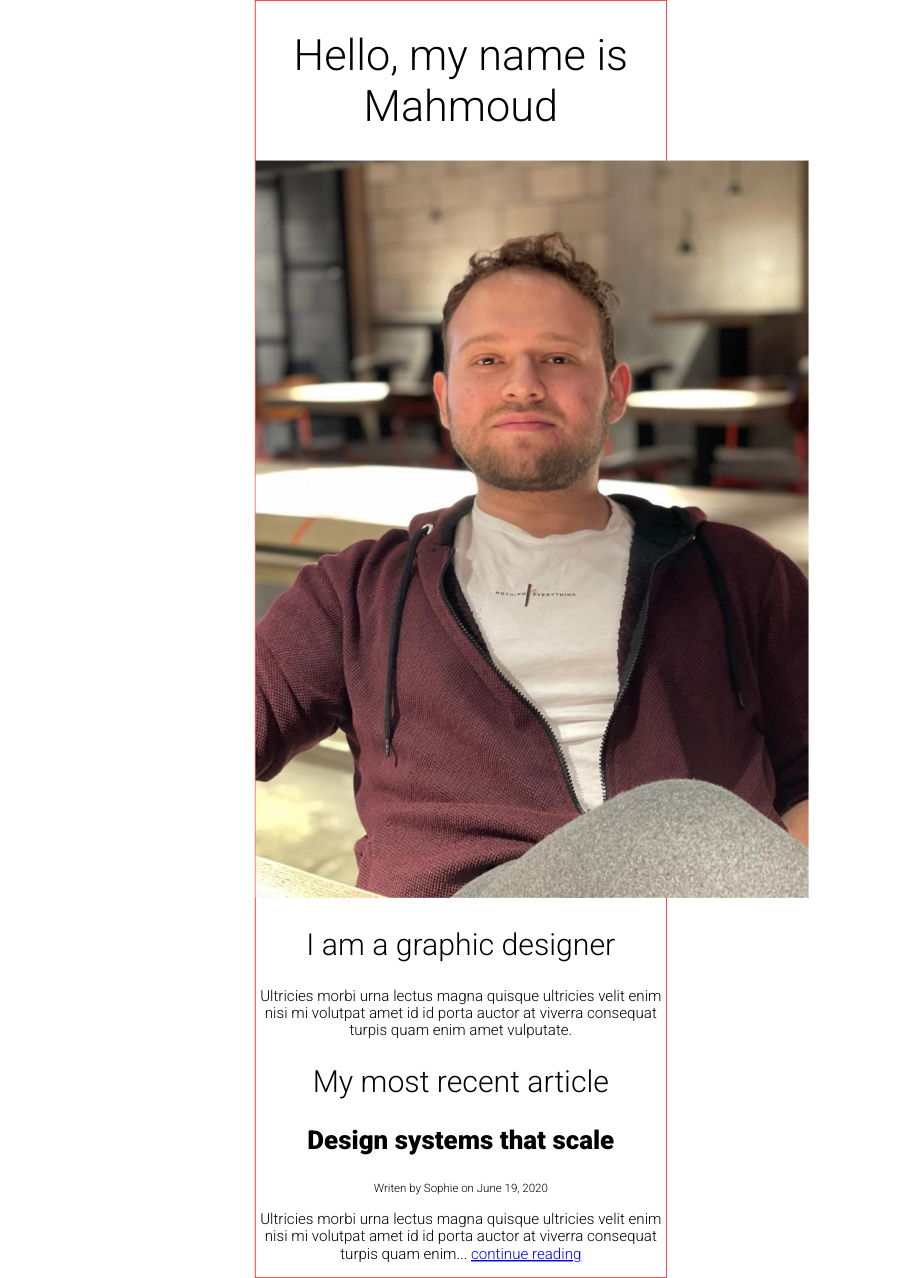
Repository: Doumham-Armah/portfolio
Page: index.html
The author's editor kept a copy of each file at every save. The page is drawn from the files as they stood at one save, then again after the next save.
The browser window is 1280 px wide. The pictures show the whole page, at 72% of full size.

Above is the page before, as saved 2021-08-16 23:19:49.

After the next save:
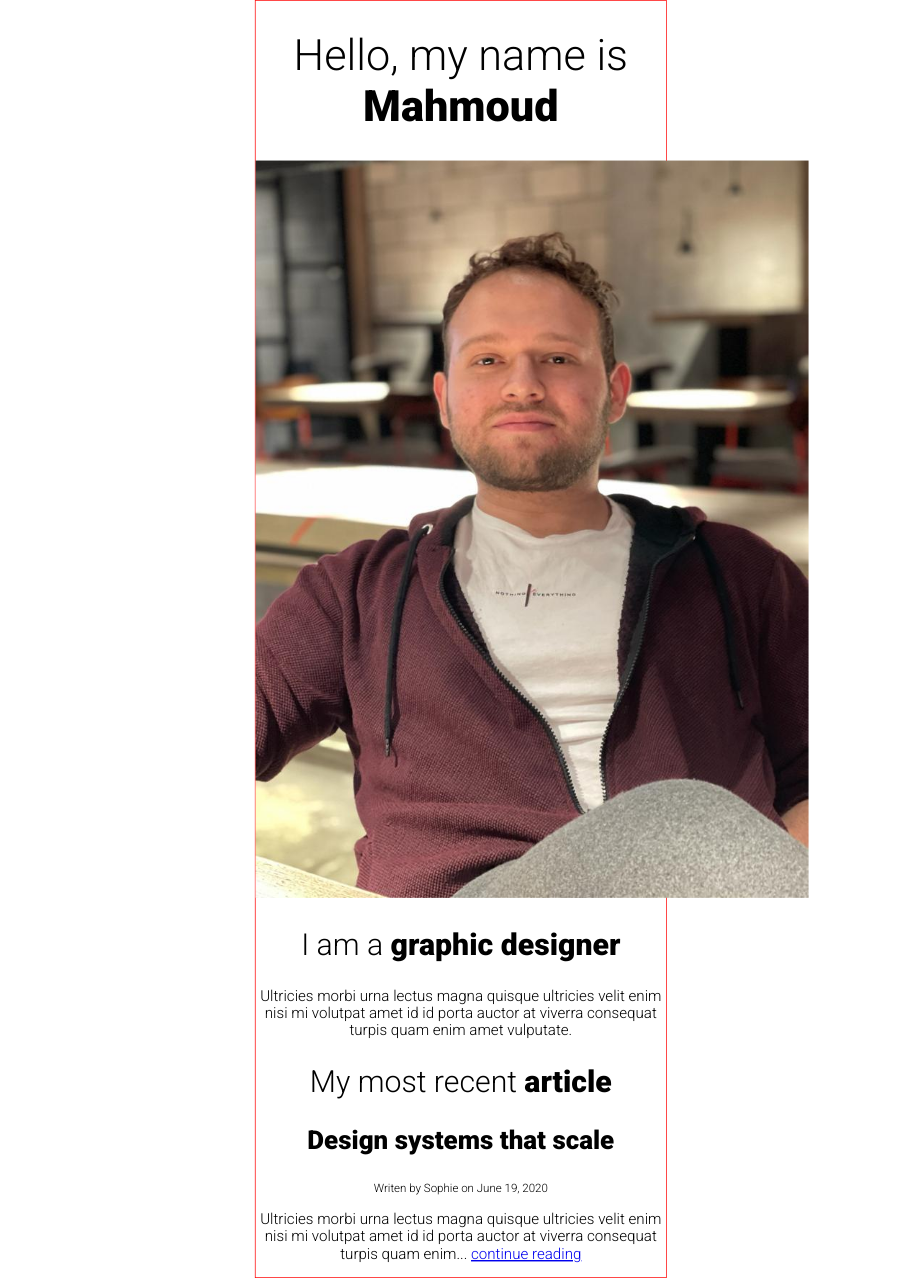
Saved 22 s later.
--- a/style.css
+++ b/style.css
@@ -24,6 +24,10 @@ h3 {
   font-size: 16px;
 }
 
+span {
+  font-weight: 900;
+}
+
 .container {
   width: 570px;
   margin: 0 auto;
